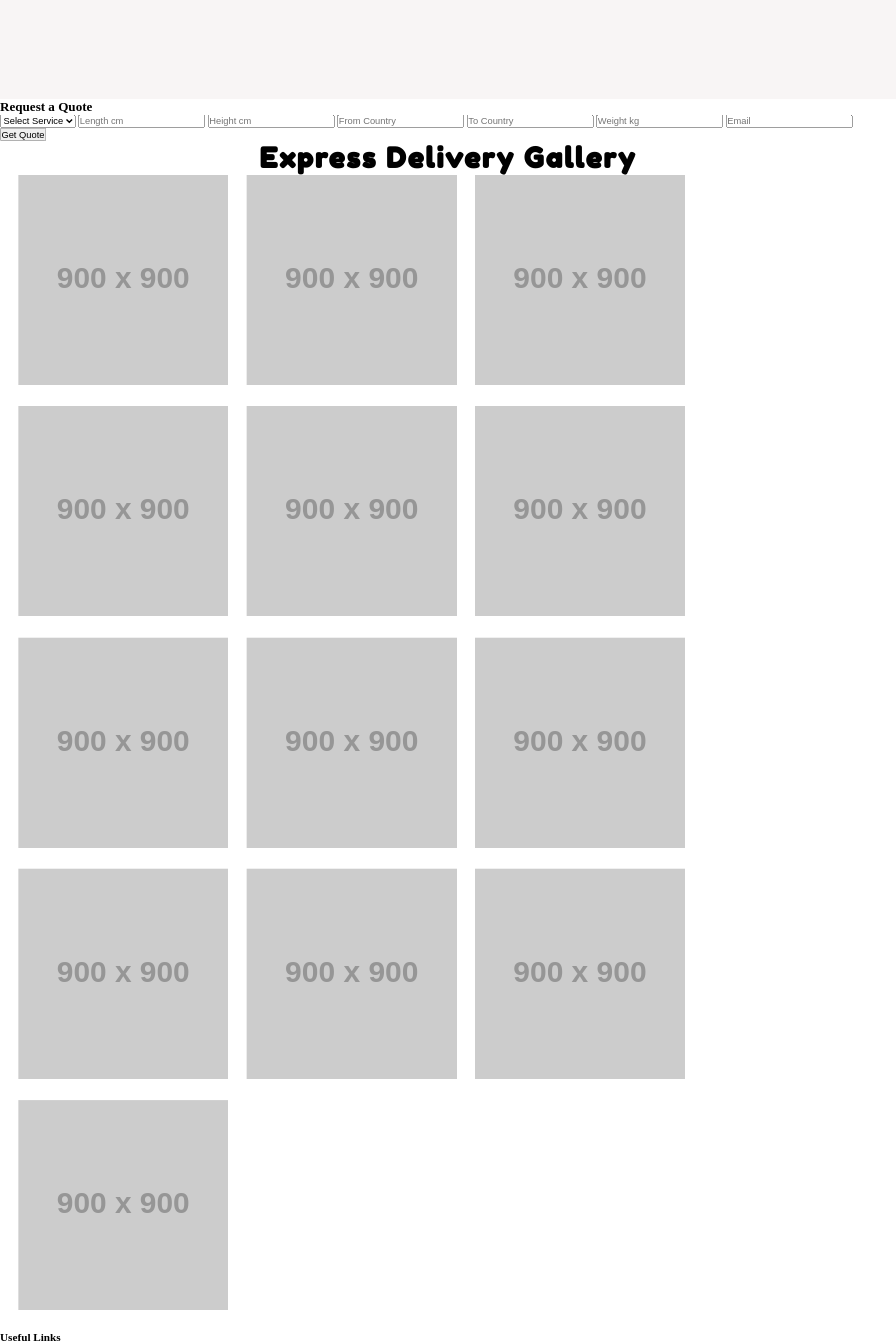
Repository: just-mann/express-delivery
Page: index.html
These files come from the project's save history. The page is drawn as it stood at one moment and after the next save; the edit follows.
The browser window is 1280 px wide. The pictures show the part of the page from y = 1301 to 3221 px (the page is 3369 px tall before and 2400 px after), at 70% of full size.
The style sheet was rebuilt from its Sass, Less or Tailwind sources for each picture, by a compiler version that may differ from the author's.

Above is the page before, as saved 2021-06-30 15:07:59.

After the next save:
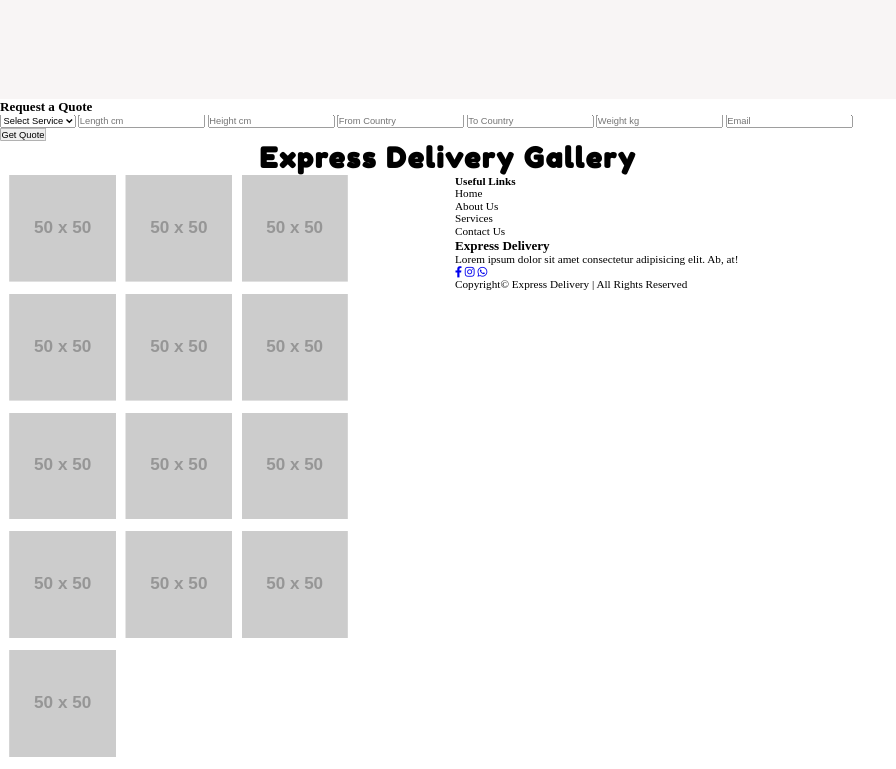
Saved 11 s later.
--- a/index.html
+++ b/index.html
@@ -113,19 +113,19 @@
     <section class="gallery">
         <h3>Express Delivery Gallery</h3>
         <div class="gallery__div">
-            <li><img src="https://placehold.co/900x900"></li>
-            <li><img src="https://placehold.co/900x900"></li>
-            <li><img src="https://placehold.co/900x900"></li>
-            <li><img src="https://placehold.co/900x900"></li>
-            <li><img src="https://placehold.co/900x900"></li>
-            <li><img src="https://placehold.co/900x900"></li>
-            <li><img src="https://placehold.co/900x900"></li>
-            <li><img src="https://placehold.co/900x900"></li>
-            <li><img src="https://placehold.co/900x900"></li>
-            <li><img src="https://placehold.co/900x900"></li>
-            <li><img src="https://placehold.co/900x900"></li>
-            <li><img src="https://placehold.co/900x900"></li>
-            <li><img src="https://placehold.co/900x900"></li>
+            <li><img src="https://placehold.co/50x50"></li>
+            <li><img src="https://placehold.co/50x50"></li>
+            <li><img src="https://placehold.co/50x50"></li>
+            <li><img src="https://placehold.co/50x50"></li>
+            <li><img src="https://placehold.co/50x50"></li>
+            <li><img src="https://placehold.co/50x50"></li>
+            <li><img src="https://placehold.co/50x50"></li>
+            <li><img src="https://placehold.co/50x50"></li>
+            <li><img src="https://placehold.co/50x50"></li>
+            <li><img src="https://placehold.co/50x50"></li>
+            <li><img src="https://placehold.co/50x50"></li>
+            <li><img src="https://placehold.co/50x50"></li>
+            <li><img src="https://placehold.co/50x50"></li>
         </div>
     </section>
     <footer class="footer">
